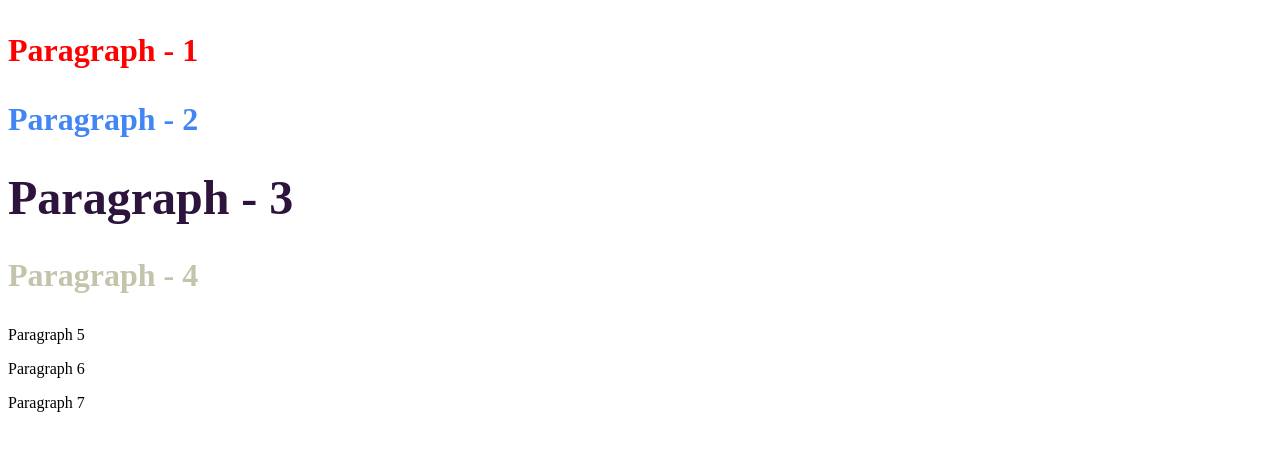
Repository: linas-dev/HTML-CSS-Projects
Page: Basic_HTML_and_JavaScript_1/Basic_HTML_1.html
An editor plug-in stored every save of this project. The page is shown before and after the next save, followed by the edit.
The browser window is 1280 px wide. The pictures show the whole page.

Above is the page before, as saved 2021-05-26 22:29:17.

After the next save:
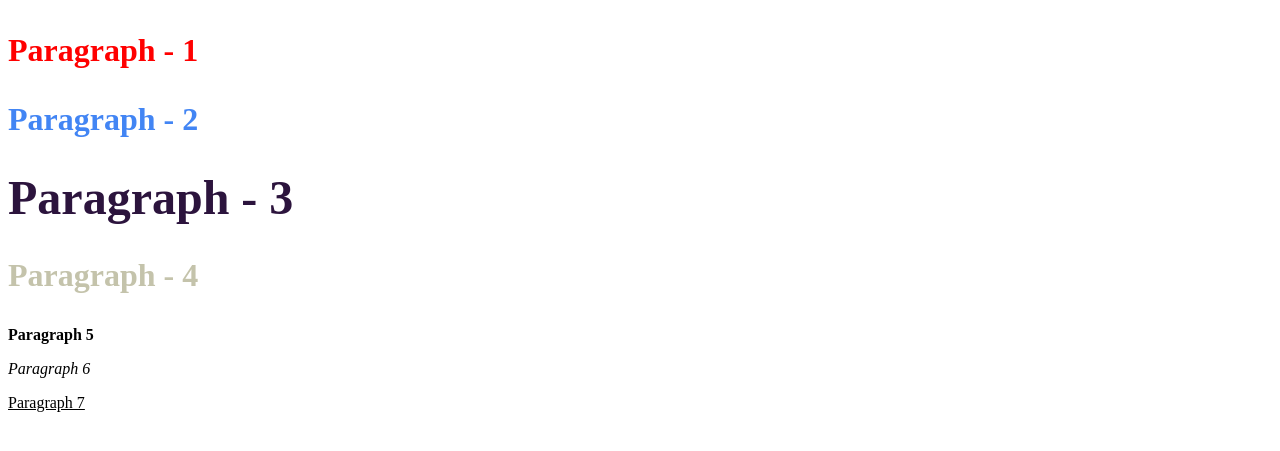
Saved 73 s later.
--- a/Basic_HTML_and_JavaScript_1/Basic_HTML_1.html
+++ b/Basic_HTML_and_JavaScript_1/Basic_HTML_1.html
@@ -12,9 +12,9 @@
     <h1><p><font color="#2C143D" face="Pattaya" size="8">Paragraph - 3</font></p></h1>
     <h1><p><font color="#C4C3AB" face="ZCOOL KuaiLe" size="6">Paragraph - 4</font></p></h1>
 
-    <p>Paragraph 5</p>
-    <p>Paragraph 6</p>
-    <p>Paragraph 7</p>
+    <p><b>Paragraph 5</b></p>
+    <p><i>Paragraph 6</i></p>
+    <p><u>Paragraph 7</u></p>
     <script src="Basic_JavaScript_1.js"></script>
 </body>
 </html>
